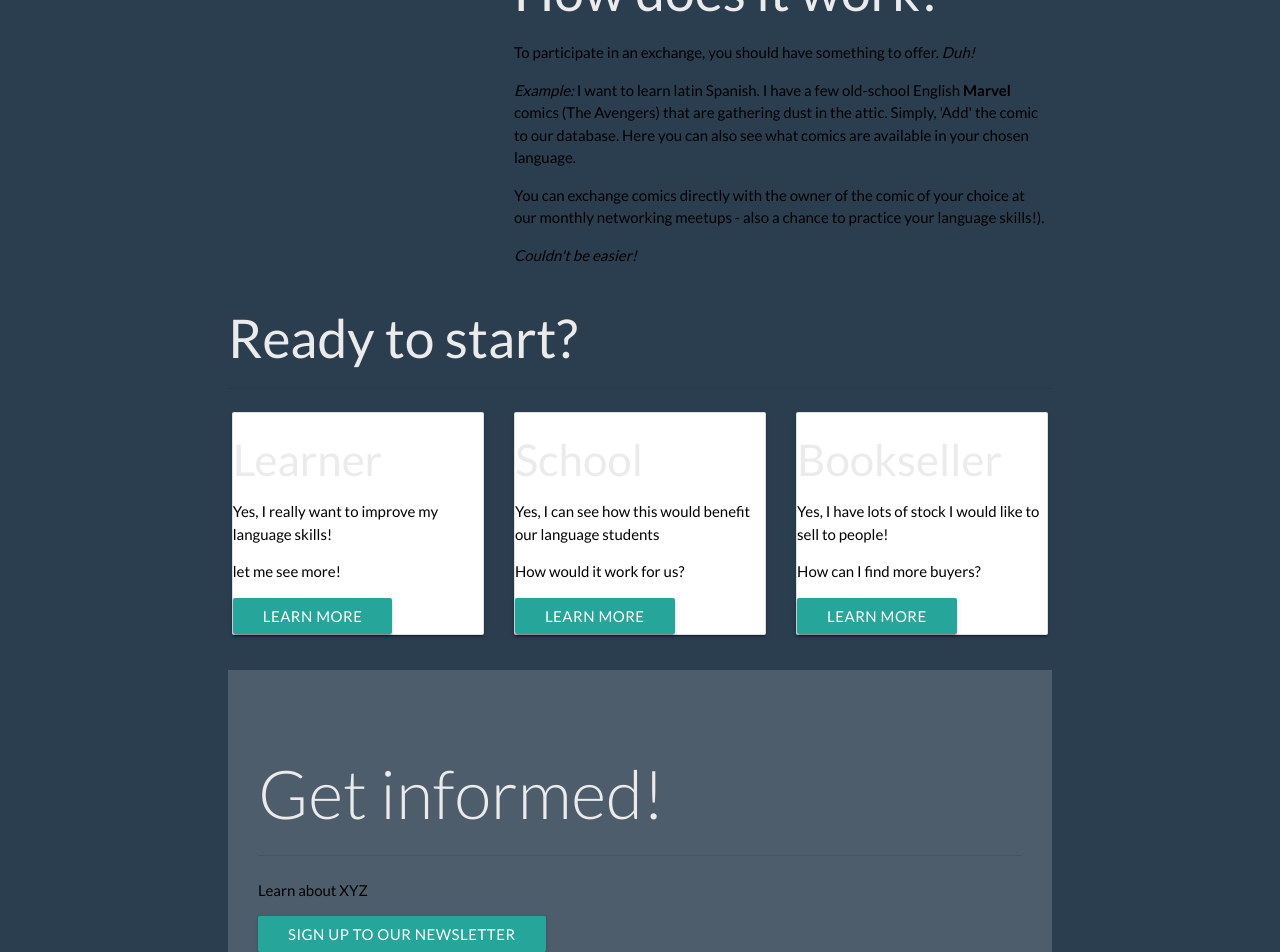
Repository: AidanJReid/Forex-Comix
Page: http://localhost/
The author's editor kept a record of every edit. The page is drawn from the files as they stood at one moment, then again after the next edit.
The browser window is 1280 px wide. The pictures show the part of the page from y = 969 to 1921 px (the page is 2114 px tall).
The page is served by the project's application, run on Flask 3 (run.py).

Above is the page before.

### templates/index.html
{% extends 'base.html' %} {% block content %}

<div class="container-fluid" id="body-bg">
    <div class="container bio" id="what">
        <div class="row">
            <div class="col-xs-12 col-md-8">
                <h2>What is Forex Comix?</h2>

                <p>Not a financial trade term for starters!</p>

                <p>Language learning is big business. Most enthusiasts quickly tire of rote grammar books and vocab lists.</p>

                <p>Our aim is to make language learning fun, and educational. <i>Impossible?</i> We don't think so.</p>

                <p>Graphic novels and comic books are a wonderful way to learn a language - using rich images and conversational styles to entertain children and adults alike.</p>

                <p>So whether you pine for some <b>Tintin</b> in the original French, or <b>The Walking Dead</b> in Spanish, <b>Forex-Comix</b> provide a platform to enable exchange with other like-minded comic book fans of your target language.</p>
            </div>
            <div class="d-none d-md-block col-md-4 stand">
            </div>
        </div>
    </div>
    <div class="container how" id="how">
        <div class="row">
            <div class="d-none d-md-block col-md-4 stand">
            </div>
            <div class="col-xs-12 col-md-8">
                <h2>How does it work?</h2>
                <p>To participate in an exchange, you should have something to offer. <i>Duh!</i></p>

                <p><em>Example:</em> I want to learn latin Spanish. I have a few old-school English <b>Marvel</b> comics (The Avengers) that are gathering dust in the attic. Simply, 'Add' the comic to our database. Here you can also see what comics are available
                    in your chosen language.</p>

                <p>You can exchange comics directly with the owner of the comic of your choice at our monthly networking meetups - also a chance to practice your language skills!).</p>

                <p><i>Couldn't be easier!</i></p>
            </div>
        </div>
    </div>
    <div class="container profiles" id="profiles">
        <h2 class="ready-header">Ready to start?</h2>
        <hr class="hr-main-sections">
        <div class="row">
            <div class="col-md-4">
                <div class="card">
                    <div class="container-item" id="learner">
                        <h3>Learner</h3>
                        <p>Yes, I really want to improve my language skills!</p>
                        <p>let me see more!</p>
                        <div id="button">
                            <a href="#" type="button" class="btn btn-warning">Learn More</a>
                        </div>
                    </div>
                </div>
            </div>

            <div class="col-md-4">
                <div class="card">
                    <div class="container-item" id="school">
                        <h3>School</h3>
                        <p>Yes, I can see how this would benefit our language students</p>
                        <p>How would it work for us?</p>
                        <div id="button">
                            <a href="#" type="button" class="btn btn-warning">Learn More</a>
                        </div>
                    </div>
                </div>
            </div>

            <div class="col-md-4">
                <div class="card">
                    <div class="container-item" id="bookseller">
                        <h3>Bookseller</h3>
                        <p>Yes, I have lots of stock I would like to sell to people!</p>
                        <p>How can I find more buyers?</p>
                        <div id="button">
                            <a href="#" type="button" class="btn btn-warning">Learn More</a>
                        </div>
                    </div>
                </div>
            </div>
        </div>
    </div>
    <div class="container nl" id="nl">
        <div class="jumbotron scroll text-left">
            <h3 class="display-3">Get informed!</h3>
            <hr class="my-4">
            <p>Learn about XYZ</p>
            <p class="lead">
                <a class="btn btn-primary btn-lg" href="#" role="button">Sign up to our newsletter</a>
            </p>
        </div>
    </div>
</div>
</div>

{% endblock %}

### templates/base.html
<!DOCTYPE html>
<html lang="en">

<head>
    <meta charset="UTF-8">
    <meta name="viewport" content="width=device-width, initial-scale=1.0">
    <meta http-equiv="X-UA-Compatible" content="ie=edge">
    <link rel="stylesheet" href="{{ url_for('static', filename='css/bootstrap.min.css') }}" type="text/css">
    <link rel="stylesheet" href="https://cdnjs.cloudflare.com/ajax/libs/materialize/0.100.2/css/materialize.min.css">
    <link rel="stylesheet" href="{{ url_for('static', filename='css/style.css') }}">
    <title>Forex-Comix</title>
</head>

<body>

    <!--Navbar-->

    <nav class="navbar navbar-expand-lg navbar-light bg-light">
        <button class="navbar-toggler" type="button" data-toggle="collapse" data-target="#navbarColor03" aria-controls="navbarColor03" aria-expanded="false" aria-label="Toggle navigation">
    <span class="navbar-toggler-icon"></span>
  </button>

        <div class="collapse navbar-collapse" id="navbarColor03">
            <ul class="navbar-nav mr-auto">
                <li class="nav-item active">
                    <a class="nav-link" href="{{ url_for('index') }}">Home<span class="sr-only">(current)</span></a>
                </li>
                <li class="nav-item">
                    <a class="nav-link" href="{{ url_for('learner') }}">Learner</a>
                </li>
                <li class="nav-item">
                    <a class="nav-link" href="{{ url_for('bookseller') }}">Bookseller</a>
                </li>
                <li class="nav-item">
                    <a class="nav-link" href="{{ url_for('school') }}">School</a>
                </li>
                <li class="nav-item">
                    <a class="nav-link" href="{{ url_for('database') }}">Database</a>
                </li>
                <li class="nav-item">
                    <a class="nav-link" href="{{ url_for('contact') }}">Contact</a>
                </li>
                <li class="nav-item">
                    <a class="nav-link" href="{{ url_for('login') }}">Login</a>
                </li>
            </ul>
        </div>
    </nav>


    <!--Page Header-->

    <header>
        <div class="jumbotron" style="background-image: url('https://static.wixstatic.com/media/9a9a38_f3f2b69e0f21490abdf4a212a75a5c34~mv2_d_3000_2000_s_2.jpg/v1/fill/w_640,h_484,al_c,q_80,usm_0.66_1.00_0.01/9a9a38_f3f2b69e0f21490abdf4a212a75a5c34~mv2_d_3000_2000_s_2.webp')">
            <div class="container" style="background: white">
                    <h1 class="display-3">Forex-Comix</h1>
                    <p class="lead">New and used foreign comics for language exchange</p>
                    <hr class="my-4">
                    <a class="btn btn-primary btn-lg" href="/index.html/#how" role="button">How does it work?</a>
                    </p>
            </div>
        </div>
    </header>



    <!--Main Container-->

    <div class="container-fluid">

        {% block content %} {% endblock %}

    </div>

    <!--Footer-->

    <div class="container-fluid footer footer-dark bg-dark">
        <footer="container">
            <div class="row">
                <div class="col-sm-4 foot-col">
                    <h6>Connect</h6>
                    <a href="https://www.facebook.com/aidanjreidauthor/" target="_blank"><i class="fa fa-facebook fa-2x"></i></a>
                    <a href="http://www.twitter.com/aidanjreid" target="_blank"><i class="fa fa-twitter fa-2x"></i></a>
                    <a href="https://www.linkedin.com/in/aidanreid/" target="_blank"><i class="fa fa-linkedin fa-2x"></i></a>
                </div>
                <div class="col-sm-4 foot-col">
                    <h6>Hands off!</h6>
                    <p>Copyright Aidan J. Reid 2019</p>
                </div>
            </div>
            </footer>
    </div>
</body>

<!--Custom Scripts-->

<script src="https://ajax.googleapis.com/ajax/libs/jquery/3.4.1/jquery.min.js"></script>
<script src="https://cdnjs.cloudflare.com/ajax/libs/materialize/0.100.2/js/materialize.min.js"></script>
<script src="https://maxcdn.bootstrapcdn.com/bootstrap/4.3.1/js/bootstrap.min.js"></script>


</html>

### run.py
import os
import json
from flask import Flask, render_template, request, flash

app = Flask(__name__)
app.secret_key = 'something_stupid'

@app.route('/')
def index():
    return render_template("index.html")

@app.route('/learner')
def learner():
    return render_template("learner.html", page_title="Learner")

@app.route('/bookseller')
def bookseller():
    return render_template("bookseller.html", page_title="Bookseller")

@app.route('/school')
def school():
    return render_template("school.html", page_title="School")

@app.route('/login')
def login():
    return render_template("login.html", page_title="Login")

@app.route('/database')
def database():
    data = []
    with open("data/comics.json","r") as json_data:
        data = json.load(json_data)
    return render_template("database.html", page_title="Database", comics=data)

@app.route('/database/<comic_title>')
def database_comic(comic_title):
    comic = {}

    with open("data/comics.json", "r") as json_data:
        data = json.load(json_data)
        for obj in data:
            if obj["url"] == comic_title:
                comic = obj

    return render_template("comic.html", comic=comic)


@app.route('/contact', methods=["GET", "POST"])
def contact():
    if request.method == "POST":
        flash("Thanks {}, I got your message, loud and clear!".format(
              request.form["name"]))
    return render_template("contact.html", page_title="Contact")

if __name__ == '__main__':
    app.run(host=os.environ.get('IP'),
            port=int(os.environ.get('PORT')),
            debug=True)

# Debug=true should be removed on submission!

### static/css/style.css
/* Home Page */

p {
  color: black;
}

/*Cards*/

.flip-card {
  background-color: transparent;
  width: 200px;
  height: 300px;
  border: 1px solid #f1f1f1;
  perspective: 1000px;
}

.flip-inner {
  position: relative;
  width: 100%;
  height: 100%;
  text-align: center;
  font-size: 12px;
  transition: transform 0.8s;
  transform-style: preserve-3d;
}

.flip-card:hover .flip-inner {
  transform: rotateY(180deg);
}

.flip-front,
.flip-back {
  position: absolute;
  width: 100%;
  height: 100%;
  backface-visibility: hidden;
}

.flip-back {
  padding-top: 0%;
  background-color: rgba(0, 0, 0, 0.20);
  color: white;
  transform: rotateY(180deg);
}

Loaded but not shown: static/css/bootstrap.min.css (library)

After the next edit:
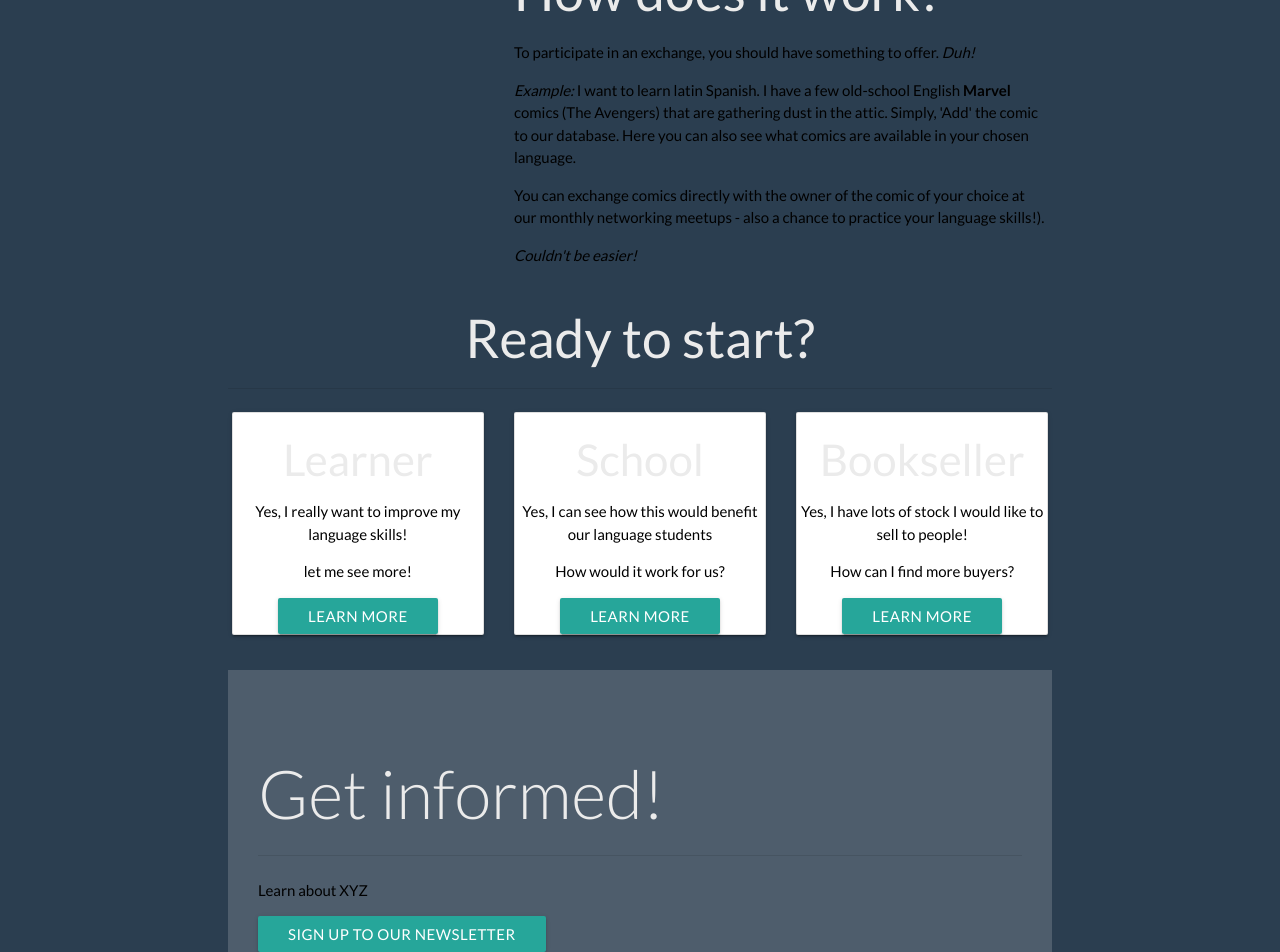
The edit:
--- a/static/css/style.css
+++ b/static/css/style.css
@@ -3,6 +3,14 @@
 p {
   color: black;
 }
+
+
+/*Profiles*/
+
+body #profiles {
+  text-align: center;
+}
+
 
 /*Cards*/
 
